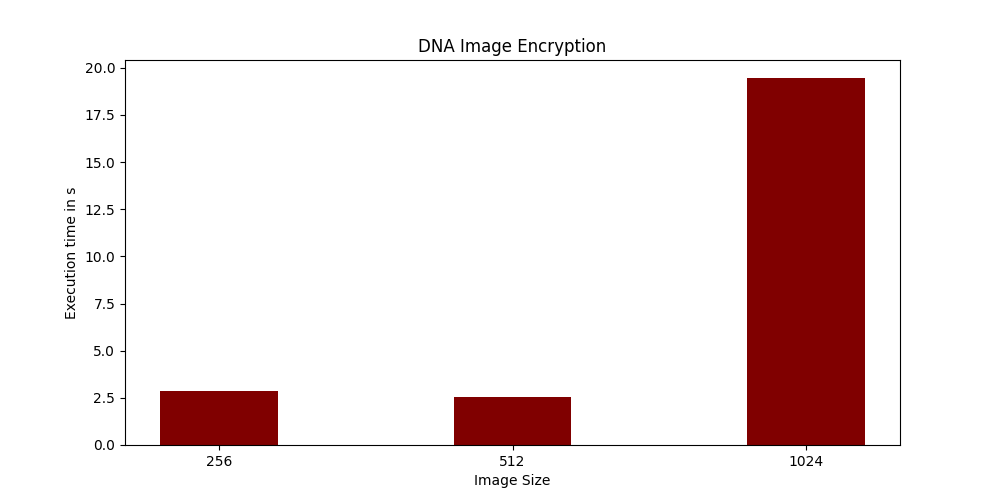
Repository: vishalsinghhh/DNA-cryptography-Project
Script's output: python DNA/Graphs.py
An editor plug-in stored every save of this project. The script's output is shown before and after the next save, followed by the edit.
Random numbers start from a fixed seed.

Above is the script's output before, as saved 2023-04-11 10:38:06.

After the next save:
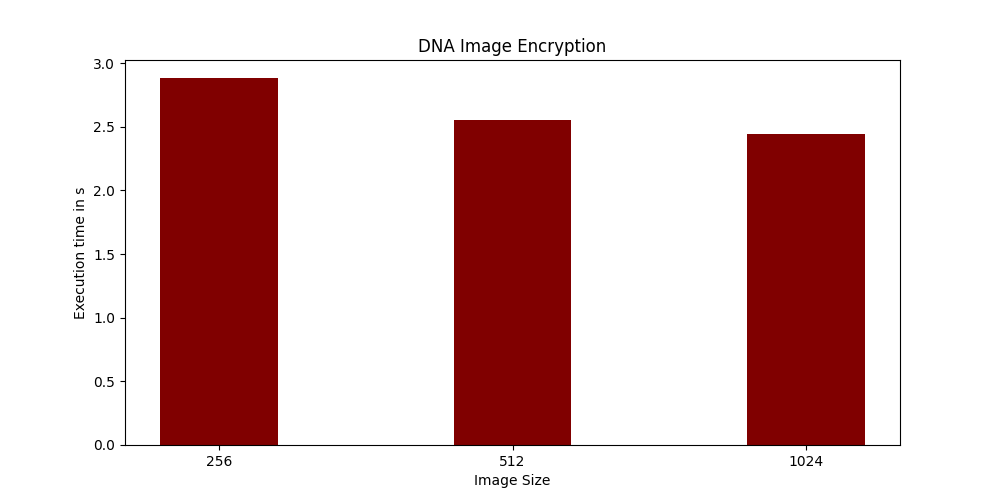
Saved 4 s later.
--- a/DNA/Graphs.py
+++ b/DNA/Graphs.py
@@ -3,7 +3,7 @@ import matplotlib.pyplot as plt
 
 
 # creating the dataset
-data = {'256':2.88, '512':2.55, '1024':19.44}
+data = {'256':2.88, '512':2.55, '1024':2.44}
 courses = list(data.keys())
 values = list(data.values())
 
